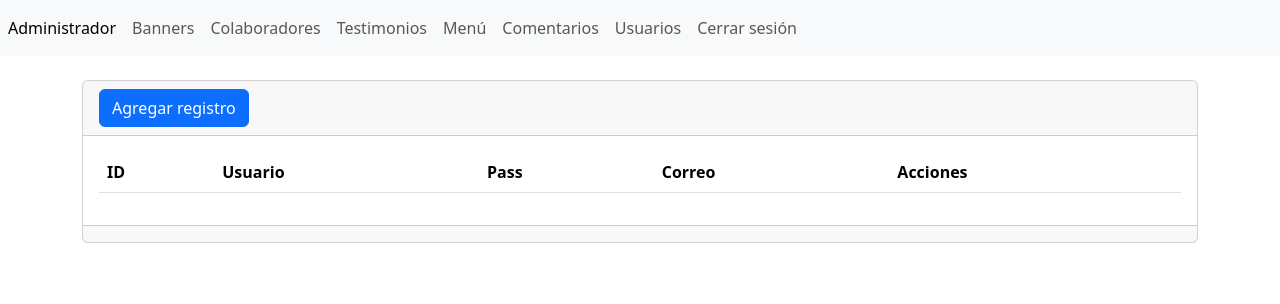
Repository: salextros/Restaurant-Project-PHP-MySQL
Page: http://localhost/TRABAJO_FINAL/restaurant/admin/seccion/usuarios/index.php
An editor plug-in stored every save of this project. The page is shown before and after the next save, followed by the edit.
The browser window is 1280 px wide. The pictures show the whole page.
The page is run by PHP 8.4 with error messages shown; the project is at /var/www/html/. Queries for data that is not in the repository find no rows.

Above is the page before, as saved 2026-02-03 20:50:31.

After the next save:
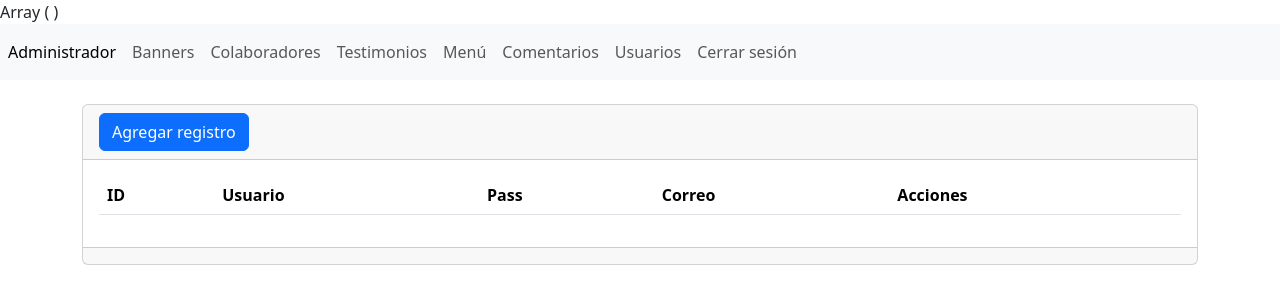
Saved 2 min 1 s later.
--- a/restaurant/admin/templates/header.php
+++ b/restaurant/admin/templates/header.php
@@ -1,4 +1,8 @@
 <?php
+
+session_start();
+print_r($_SESSION);
+
 $url_base = "http://localhost/TRABAJO_FINAL/restaurant/admin/";
 ?>
 <!doctype html>
